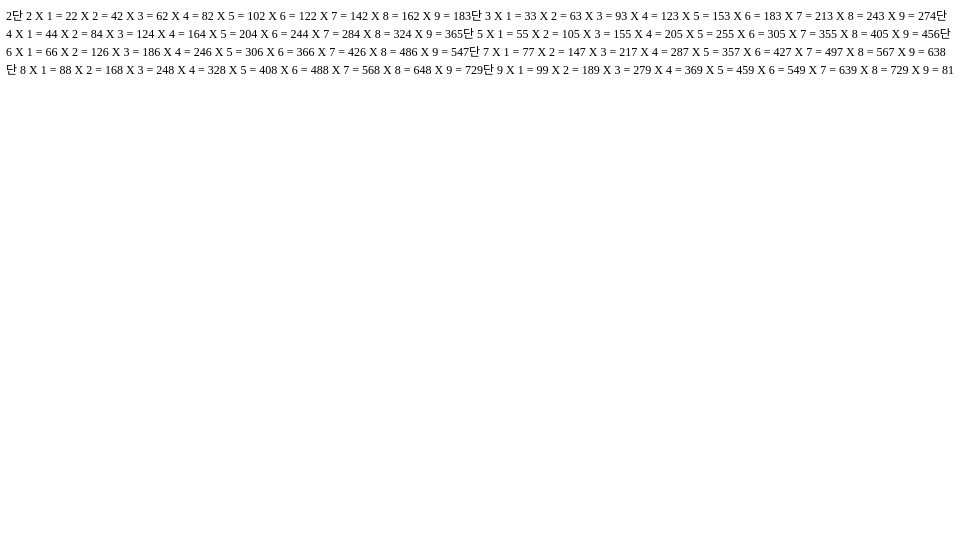
Repository: zodib0123/kdt_jsp
Page: http://localhost/MustHaveJSP/Mission/Gugudan1.jsp
An editor plug-in stored every save of this project. The page is shown before and after the next save, followed by the edit.
The browser window is 1280 px wide. The pictures show the whole page, at 75% of full size.
The page is served by Tomcat 10.

Above is the page before, as saved 2025-09-22 08:04:15.

After the next save:
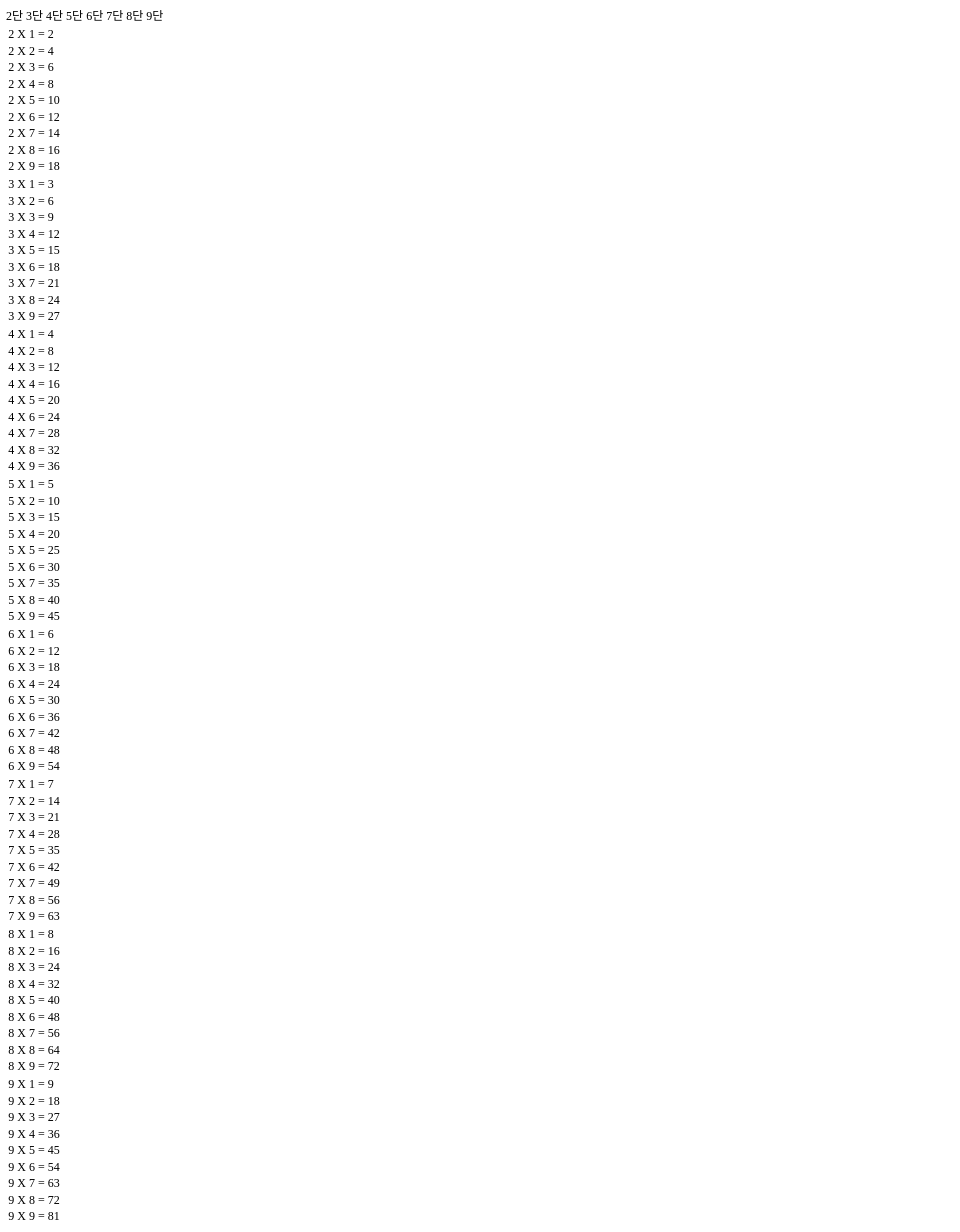
Saved 16 s later.
--- a/MustHaveJSP/src/main/webapp/Mission/Gugudan1.jsp
+++ b/MustHaveJSP/src/main/webapp/Mission/Gugudan1.jsp
@@ -27,7 +27,7 @@ for (int i = 2; i < 10; i++) {
 	out.println("<tr>" + i + "단 </tr>");
 
 	for (int j = 1; j < 10; j++) {
-		out.println("<tr>" + i + " X " + j + " = " + j * i + "</tr>");
+		out.println("<tr><td>" + i + " X " + j + " = " + j * i + "</td></tr>");
 	}
 
 }
